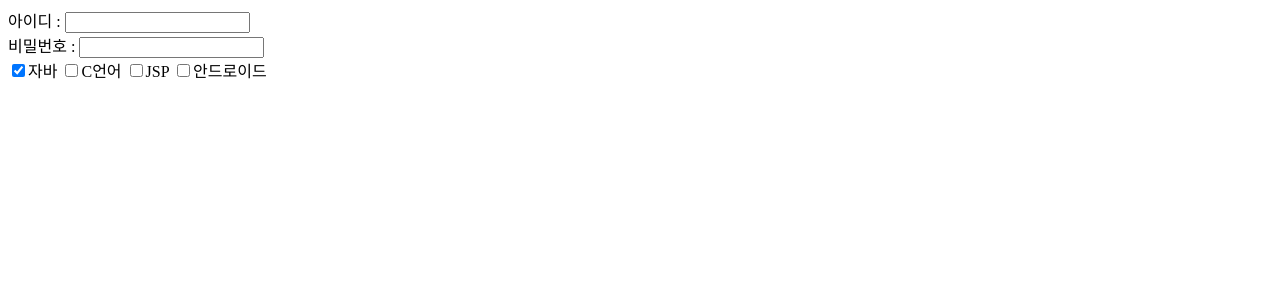
Repository: yesaroun/Web-Shop
Page: pro06/WebContent/input.html
An editor plug-in stored every save of this project. The page is shown before and after the next save, followed by the edit.
The browser window is 1280 px wide. The pictures show the whole page.

Above is the page before, as saved 2022-04-30 14:45:14.

After the next save:
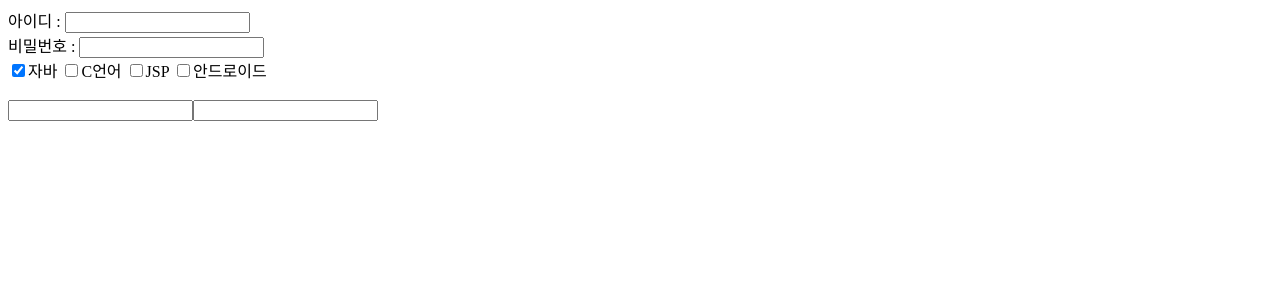
Saved 11 s later.
--- a/pro06/WebContent/input.html
+++ b/pro06/WebContent/input.html
@@ -13,6 +13,7 @@
 		<input type="checkbox" name="subject" value="JSP"/>JSP
 		<input type="checkbox" name="subject" value="안드로이드"/>안드로이드
 		<br /><br />
+		<input type="text" /><input type="text" />
 	</form>
 </body>
 </html>
